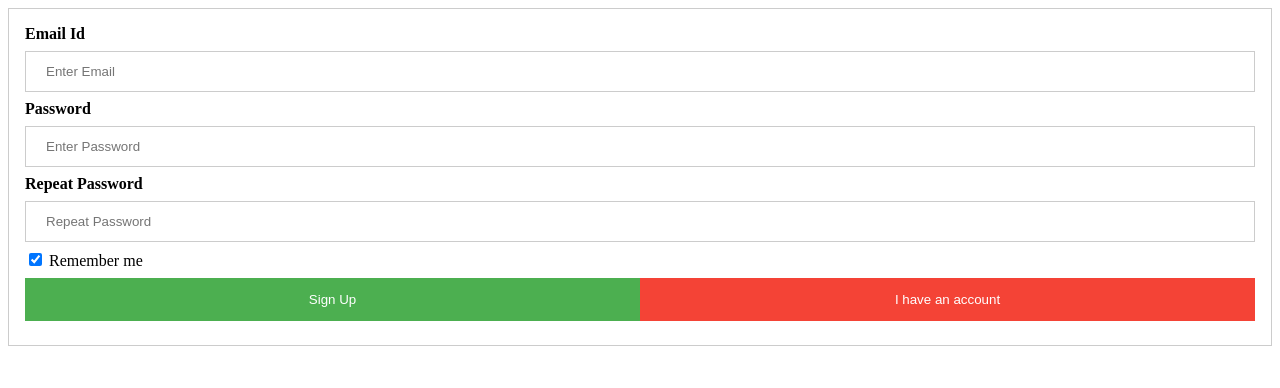
Repository: hamshini/demopro
Page: wippro/Application/WebContent/signup.html
An editor plug-in stored every save of this project. The page is shown before and after the next save, followed by the edit.
The browser window is 1280 px wide. The pictures show the whole page.

Above is the page before, as saved 2018-01-06 05:45:41.

### wippro/Application/WebContent/signup.html
<!DOCTYPE html>
<html>
<head>
<meta charset="ISO-8859-1">
<title>signup</title>
</head>
<style>
/* Full-width input fields */
input[type=text], input[type=password] {
    width: 100%;
    padding: 12px 20px;
    margin: 8px 0;
    display: inline-block;
    border: 1px solid #ccc;
    box-sizing: border-box;
}

/* Set a style for all buttons */
button {
    background-color: #4CAF50;
    color: white;
    padding: 14px 20px;
    margin: 8px 0;
    border: none;
    cursor: pointer;
    width: 100%;
}

/* Extra styles for the cancel button */
.cancelbtn {
    padding: 14px 20px;
    background-color: #f44336;
}

/* Float cancel and signup buttons and add an equal width */
.cancelbtn,.signupbtn {
    float: left;
    width: 50%;
}

/* Add padding to container elements */
.container {
    padding: 16px;
}

/* Clear floats */
.clearfix::after {
    content: "";
    clear: both;
    display: table;
}

/* Change styles for cancel button and signup button on extra small screens */
@media screen and (max-width: 300px) {
    .cancelbtn, .signupbtn {
       width: 100%;
    }
}
</style>
<body>

<form action="/action_page.php" style="border:1px solid #ccc">
  <div class="container">
    <label><b>Email Id</b></label>
    <input type="text" placeholder="Enter Email" name="email" required>

    <label><b>Password</b></label>
    <input type="password" placeholder="Enter Password" name="psw" required>

    <label><b>Repeat Password</b></label>
    <input type="password" placeholder="Repeat Password" name="psw-repeat" required>
    <input type="checkbox" checked="checked"> Remember me

    <div class="clearfix">
      <button type="submit" class="signupbtn">Sign Up</button>
      <button type="button" class="cancelbtn">I have an account</button>
    </div>
  </div>
</form>
</body>
</html>

After the next save:
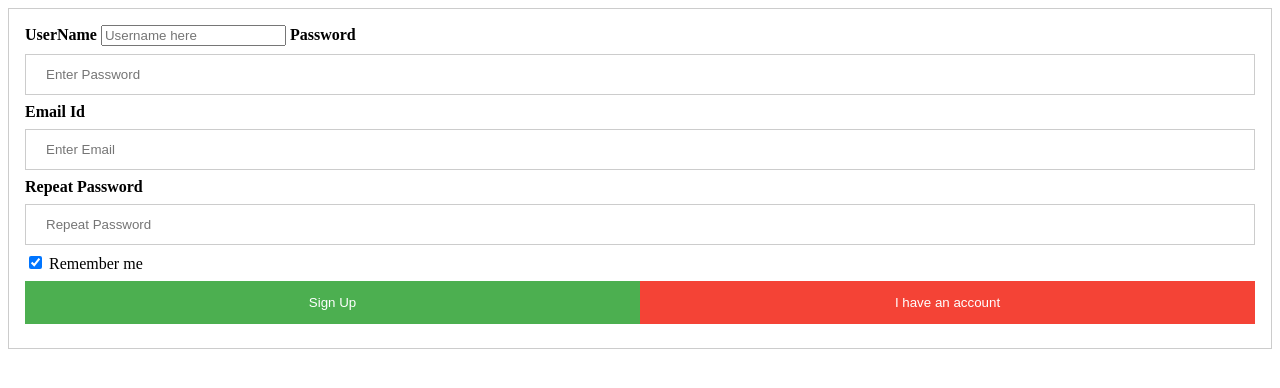
Saved 80 s later.
--- a/wippro/Application/WebContent/signup.html
+++ b/wippro/Application/WebContent/signup.html
@@ -61,11 +61,16 @@ button {
 
 <form action="/action_page.php" style="border:1px solid #ccc">
   <div class="container">
+<label><b>UserName</b></label>
+    <input type="txt" placeholder="Username here" name="usr" required>
+
+    <label><b>Password</b></label>
+    <input type="password" placeholder="Enter Password" name="psw" required>
+
     <label><b>Email Id</b></label>
     <input type="text" placeholder="Enter Email" name="email" required>
 
-    <label><b>Password</b></label>
-    <input type="password" placeholder="Enter Password" name="psw" required>
+
 
     <label><b>Repeat Password</b></label>
     <input type="password" placeholder="Repeat Password" name="psw-repeat" required>
